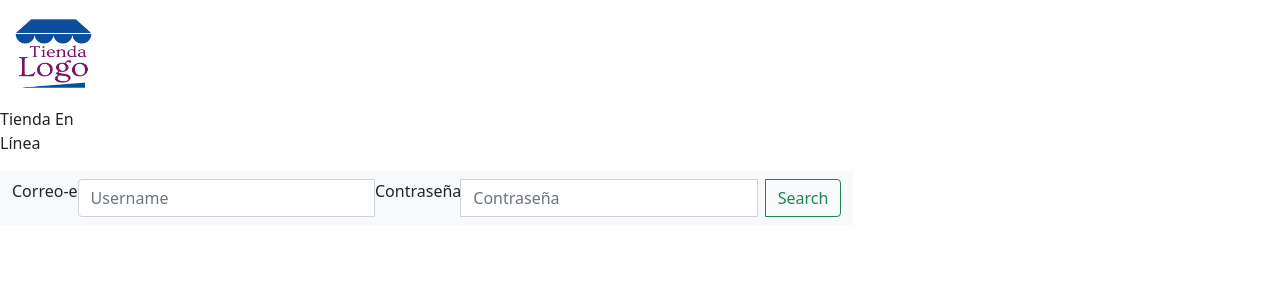
Repository: nicorp00/bootstrapSass
Page: Main/index.html
The author's editor kept a copy of each file at every save. The page is drawn from the files as they stood at one save, then again after a run of saves.
The browser window is 1280 px wide. The pictures show the whole page.
The style sheet was rebuilt from its Sass, Less or Tailwind sources for each picture, by a compiler version that may differ from the author's.

Above is the page before, as saved 2022-03-25 10:58:17.

### Main/index.html
<!DOCTYPE html>
<html lang="en">
<head>
    <meta charset="UTF-8">
    <meta http-equiv="X-UA-Compatible" content="IE=edge">
    <meta name="viewport" content="width=device-width, initial-scale=1.0">
    <title>Document</title>
    <link rel="stylesheet" href="css/style.css">
    <link rel="stylesheet" href="css/bootstrap.min.css">
</head>
<body>
    <section class="section__top">
        <div class="col-1">
            <img src="img/logo.png" class="img-fluid" alt="...">
            <p>Tienda En Línea</p>
        </div>
        <div>
            <nav class="navbar navbar-light bg-light col-8">
                <form class="container-fluid">
                  <div class="input-group">
                    <!--<span class="input-group-text" id="basic-addon1">@</span>-->
                    Correo-e<input type="text" class="form-control" placeholder="Username" aria-label="Correo@" aria-describedby="basic-addon1">
                    Contraseña<input class="form-control me-2" type="search" placeholder="Contraseña" aria-label="Search">
                    <button class="btn btn-outline-success" type="submit">Search</button>
                  </div>
                </form>
              </nav>
        </div>
    </section>
    <script src="js/bootstrap.min.js"></script>
</body>
</html>

### Main/scss/style.scss
@use 'body';

Loaded but not shown: Main/css/bootstrap.min.css (library); Main/js/bootstrap.min.js (library); Main/scss/_body.scss (common file)

After the next 2 saves:
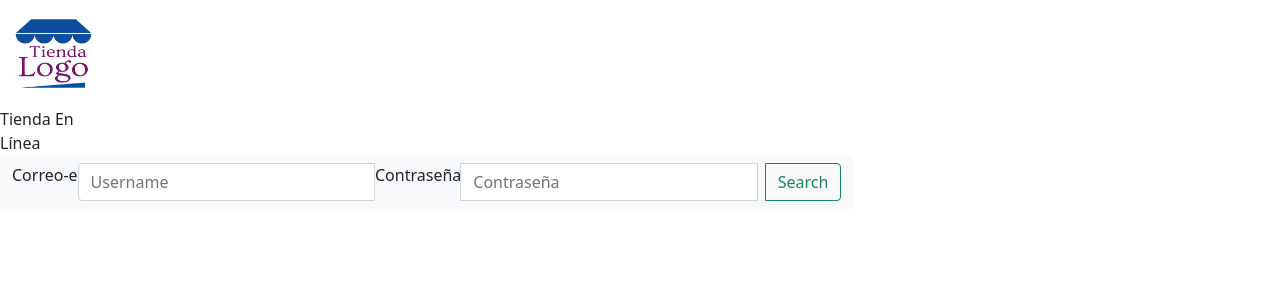
The 2 saves are shown as one change because they came seconds apart.
The last was saved 10 s later.
--- a/Main/index.html
+++ b/Main/index.html
@@ -12,7 +12,7 @@
     <section class="section__top">
         <div class="col-1">
             <img src="img/logo.png" class="img-fluid" alt="...">
-            <p>Tienda En Línea</p>
+            Tienda En Línea
         </div>
         <div>
             <nav class="navbar navbar-light bg-light col-8">
